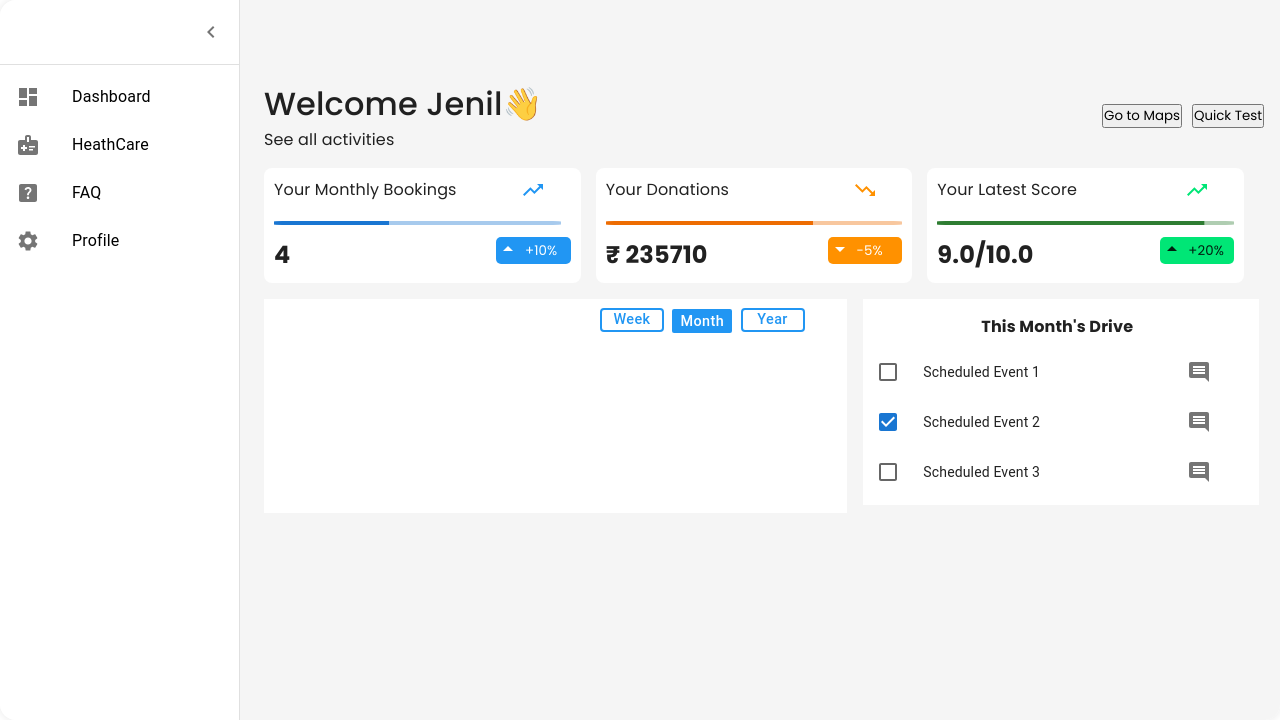
Repository: shubhampirate/Google_Solutions_Edural
Page: /dashboard
The author's editor kept a copy of each file at every save. The page is drawn from the files as they stood at one save, then again after the next save.
The browser window is 1280 px wide. The pictures show the whole page.
The page's requests for data from a server got no answer. The project was rebuilt for these pictures with package versions that can differ from the ones it lists, and the page was loaded fresh each time. Some packages were replaced by stand-ins written for this rebuild. No one was signed in, and anything a server would have sent is missing. Also part of the build but not shown: src/Components/CustomButton.jsx, src/Components/Navbar.jsx, src/Components/Footer.jsx, src/Components/CongratsCard.jsx, src/pages/Hero/Hero.jsx, src/pages/Sign_in.jsx.

Above is the page before, as saved 2024-02-03 17:51:35.

### src/App.jsx
import Hero from "./pages/Hero/Hero";
import Dashboard from "./pages/Dashboard/Dashboard";
import SignIn from "./pages/Sign_in";
import {useState} from "react";
import { Route, Routes } from "react-router-dom";
function App() {
  return (
    <>
      {/* <Hero />   */}
      {/* <SignIn /> */}
      <Routes>
        <Route path="/signin" element={<><SignIn /></>} />
        <Route path="/dashboard" element={<><Dashboard /></>} />
        {/* <Route path="/education" element={<><Education /></>} /> */}
        {/* <Route path="/health" element={<><Health /></>} /> */}
        {/* <Route path="/profile" element={<><Profile /></>} /> */}
        {/* <Route path="/finance" element={<><Finance /></>} /> */}
        {/* <Route path="/questions" element={<><Questions /></>} /> */}
        {/* <Route path="/retireaibot" element={<><Bot /></>} /> */}
        <Route path="/" element={<><Hero /></>} />
      </Routes>
         </>
  );
}

export default App;

### src/pages/Dashboard/Dashboard.jsx
import * as React from 'react';
import { styled, createTheme, ThemeProvider } from '@mui/material/styles';
import CssBaseline from '@mui/material/CssBaseline';
import MuiDrawer from '@mui/material/Drawer';
import Box from '@mui/material/Box';
import MuiAppBar from '@mui/material/AppBar';
import Toolbar from '@mui/material/Toolbar';
import {
  LinearProgress, ListItem, CircularProgress, Checkbox, ListItemText, Dialog, DialogActions, DialogContent,
  DialogContentText, DialogTitle, ListItemIcon, ListItemButton
} from '@mui/material';
import TrendingUpIcon from '@mui/icons-material/TrendingUp';
// import { PieChart } from '@mui/x-charts/PieChart';
// import { useDrawingArea } from '@mui/x-charts/hooks';
import TrendingDownIcon from '@mui/icons-material/TrendingDown';
import List from '@mui/material/List';
import Divider from '@mui/material/Divider';
import IconButton from '@mui/material/IconButton';
import ArrowDropUpIcon from '@mui/icons-material/ArrowDropUp';
import ArrowDropDownIcon from '@mui/icons-material/ArrowDropDown';
import Grid from '@mui/material/Grid';
import MenuIcon from '@mui/icons-material/Menu';
import ChevronLeftIcon from '@mui/icons-material/ChevronLeft';
import { mainListItems } from '../../Components/listItems';
import axios from 'axios';
import Button from '@mui/material/Button';
import CommentIcon from '@mui/icons-material/Comment';
import Swal from 'sweetalert2';
import { useState } from 'react';
import { useEffect } from 'react';
// import { Bar } from "react-chartjs-2";
// import { BarElement, CategoryScale, Chart as ChartJS, Legend, LinearScale, Title, Tooltip } from "chart.js";
// import GoogleTranslateComponent from '../../Components/GoogleTranslateComponent';
// import csacc from "../../media/csacc.png"
// import creditscoremodel from "../../media/creditscoremodel.png"
// import creditflow from "../../media/creditflowchart.png"
// ChartJS.register(CategoryScale, LinearScale, BarElement, Title, Tooltip, Legend);

const drawerWidth = 240;

const AppBar = styled(MuiAppBar, {
  shouldForwardProp: (prop) => prop !== 'open',
})(({ theme, open }) => ({
  zIndex: theme.zIndex.drawer + 1,
  transition: theme.transitions.create(['width', 'margin'], {
    easing: theme.transitions.easing.sharp,
    duration: theme.transitions.duration.leavingScreen,
  }),
  ...(open && {
    marginLeft: drawerWidth,
    width: `calc(100% - ${drawerWidth}px)`,
    transition: theme.transitions.create(['width', 'margin'], {
      easing: theme.transitions.easing.sharp,
      duration: theme.transitions.duration.enteringScreen,
    }),
  }),
}));

const Drawer = styled(MuiDrawer, { shouldForwardProp: (prop) => prop !== 'open' })(
  ({ theme, open }) => ({
    '& .MuiDrawer-paper': {
      position: 'relative',
      whiteSpace: 'nowrap',
      width: drawerWidth,
      transition: theme.transitions.create('width', {
        easing: theme.transitions.easing.sharp,
        duration: theme.transitions.duration.enteringScreen,
      }),
      boxSizing: 'border-box',
      ...(!open && {
        overflowX: 'hidden',
        transition: theme.transitions.create('width', {
          easing: theme.transitions.easing.sharp,
          duration: theme.transitions.duration.leavingScreen,
        }),
        width: theme.spacing(7),
        [theme.breakpoints.up('sm')]: {
          width: theme.spacing(9),
        },
      }),
    },
  }),
);

var currentDate = new Date();

var months = [
  "January", "February", "March", "April", "May", "June",
  "July", "August", "September", "October", "November", "December"
];

var formattedDate = months[currentDate.getMonth()] + " " + currentDate.getDate() + ", " + currentDate.getFullYear();

const defaultTheme = createTheme();

export default function Dashboard() {
  const [open, setOpen] = React.useState(true);
  const toggleDrawer = () => {
    setOpen(!open);
  };

  const [expensedata, setExpensedata] = useState([])

  useEffect(() => {
    loadList();
  }, []);


  const loadList = async () => {
    const result = await axios.get(`https://wixstocle.pythonanywhere.com/api/expense/`, {
      headers: { "Authorization": `Token 11c868750d92deda81638c5a9a59177bdc7ae41a` },
    });
    console.log(result.data.data);
    setExpensedata(result.data.data);
  }

  const getLabels = () => expensedata.slice(-5).map(data => data.date);

  const getData = (key) => expensedata.slice(-5).map(data => data[key]);

  const optionsexpense = {
    indexAxis: 'x',
    elements: {
      bar: {
        borderWidth: 0,
      },
    },
    responsive: true,
    interaction: {
      mode: 'index',
      intersect: false,
    },
    scales: {
      x: {
        stacked: false,
      },
      y: {
        stacked: false,
      },
    },
    plugins: {
      legend: {
        position: 'top',
      }
    },
  };

  const dataexpense = {
    labels: getLabels(),
    datasets: [
      {
        label: 'Revenue',
        data: getData('income'),
        backgroundColor: '#2196f3',
      },
      {
        label: 'Spendings',
        data: getData('expense'),
        backgroundColor: '#ff9100',
      },
      {
        label: 'Savings',
        data: getData('savings'),
        backgroundColor: '#00e676',
      },
    ],
  };

  const today = new Date();
  const year = today.getFullYear();
  const month = String(today.getMonth() + 1).padStart(2, '0'); // Months are zero-based
  const day = String(today.getDate()).padStart(2, '0');

  const todayDate = `${year}-${month}-${day}`;

  const [userData, setUserData] = React.useState({
    income: '',
    savings: '',
    expense: '',
    date: todayDate,
    user: "tony@gmail.com"
  });

  const handleChangePlan = (field, value) => {
    setUserData((prevData) => ({ ...prevData, [field]: value }));
  };
  const creditscore = 87.4;

  const handlePostData = () => {
    console.log(userData);
    fetch(`https://wixstocle.pythonanywhere.com/api/expense/`, {
      method: 'POST',
      headers: {
        "Authorization": `Token 11c868750d92deda81638c5a9a59177bdc7ae41a`,
        'Content-Type': 'application/json',
      },
      body: JSON.stringify(userData),
    })
      .then((response) => response.json())
      .then((data) => {
        // console.log(data);
        if (data.status == true) {
          Swal.fire({
            icon: 'success',
            title: 'Successfully Saved the details',
            showConfirmButton: false,
            timer: 3000
          })
          setExpensedata([...expensedata, userData]);
        }
        else {
          Swal.fire({
            icon: 'error',
            title: data.message,
            showConfirmButton: false,
            timer: 3000
          })
        }
      });
  };


//   function PieCenterLabel({ children }) {
//     const { width, height, left, top } = useDrawingArea();
//     return (
//       <StyledText x={left + width / 2} y={top + height / 2}>
//         {children}
//       </StyledText>
//     );
//   }

  const [checked, setChecked] = React.useState([1]);

  const handleToggle = (value) => () => {
    const currentIndex = checked.indexOf(value);
    const newChecked = [...checked];

    if (currentIndex === -1) {
      newChecked.push(value);
    } else {
      newChecked.splice(currentIndex, 1);
    }

    setChecked(newChecked);
  };
  return (
    <ThemeProvider theme={defaultTheme}>
      <Box sx={{ display: 'flex', borderRadius: '16px', overflow: 'hidden', boxShadow: '0px 0px 10px rgba(0, 0, 0, 0.1)' }} >
        <CssBaseline />
        <AppBar position="absolute" open={open} sx={{ backgroundColor: "whitesmoke", boxShadow: 'none' }}>
          <Toolbar
            sx={{
              pr: '24px', // keep right padding when drawer closed
              display: 'flex',
              alignItems: 'center',
              justifyContent: 'space-between',
            }}>
            <Box sx={{ display: 'flex', alignItems: 'center' }}>
              <IconButton
                edge="start"
                aria-label="open drawer"
                onClick={toggleDrawer}
                sx={{
                  marginRight: '36px',
                  ...(open && { display: 'none' }),
                  backgroundColor: "#fff"
                }}>
                <MenuIcon />
              </IconButton>
            </Box>
          </Toolbar>
        </AppBar>
        <Drawer variant="permanent" open={open}>
          <Toolbar
            sx={{
              display: 'flex',
              alignItems: 'center',
              justifyContent: 'flex-end',
              px: [1],
            }}
          >
            {/* <GoogleTranslateComponent /> */}
            <IconButton onClick={toggleDrawer}>
              <ChevronLeftIcon />
            </IconButton>
          </Toolbar>
          <Divider />
          <List component="nav">
            {mainListItems}
          </List>
        </Drawer>
        <Box
          component="main"
          sx={{
            backgroundColor: (theme) =>
              theme.palette.mode === 'light'
                ? theme.palette.grey[100]
                : theme.palette.grey[900],
            flexGrow: 1,
            height: '100vh',
            overflow: 'auto',
          }}>
          <Toolbar />
          <div>
      <Grid container spacing={2} marginTop="0.02rem" paddingLeft={3} paddingRight={2}>
        <Grid item xs={6}>
          <div style={{ fontSize: '2rem', fontWeight: '500' }}>Welcome Jenil👋</div>
          <div>See all activities</div>
        </Grid>
        <Grid item xs={6} display="flex" justifyContent="flex-end" alignItems="center">
          <button style={{ /* Add your button styles */ }}>Go to Maps</button>
          <button style={{ marginLeft: '10px' /* Add your button styles */ }}>Quick Test</button>
        </Grid>
      </Grid>
    </div>

          <Grid container spacing={2} marginTop="1rem" paddingLeft={5} paddingRight={2}>
            <Grid item xs={12} md={3.8} style={{ backgroundColor: "white", padding: "10px", marginRight: "15px", borderRadius: "0.5rem" }}>
              <Grid item xs={12}>
                <Grid container>
                  <Grid item xs={10}><div>Your Monthly Bookings</div></Grid>
                  <Grid item xs={2}><TrendingUpIcon sx={{ color: "#2196f3" }} /></Grid>
                </Grid>
                <Grid item xs={12}>
                  <LinearProgress variant="determinate" value={40} sx={{ color: "#2196f3", borderRadius: "10%", margin: "12px 10px 12px 0px" }} />
                </Grid>
                <Grid item xs={12}>
                  <Grid container>
                    <Grid item xs={9}>
                       <div style={{ fontSize: "1.5rem", fontWeight: "550" }}> 4</div>
                    </Grid>
                    <Grid item xs={3} style={{ backgroundColor: "#2196f3", color: "white", borderRadius: "5px", height: "1.65rem" }}>
                      <ArrowDropUpIcon /> <sup>+10%</sup>
                    </Grid>
                  </Grid>
                </Grid>
              </Grid>
            </Grid>
            <Grid item xs={12} md={3.8} style={{ backgroundColor: "white", padding: "10px", marginRight: "15px", borderRadius: "0.5rem" }}>
              <Grid item xs={12}>
                <Grid container>
                  <Grid item xs={10}><div>Your Donations</div></Grid>
                  <Grid item xs={2}><TrendingDownIcon sx={{ color: "#ff9100" }} /></Grid>
                </Grid>
                <Grid item xs={12}>
                  <LinearProgress variant="determinate" value={70} color='warning' sx={{ borderRadius: "10%", margin: "12px 0px" }} />
                </Grid>
                <Grid item xs={12}>
                  <Grid container>
                    <Grid item xs={9}>
                   <div style={{ fontSize: "1.5rem", fontWeight: "550" }}>₹ 235710</div>
                    </Grid>
                    <Grid item xs={3} style={{ backgroundColor: "#ff9100", color: "white", borderRadius: "5px", height: "1.65rem" }}>
                      <ArrowDropDownIcon /> <sup>-5%</sup>
                    </Grid>
                  </Grid>
                </Grid>
              </Grid>
            </Grid>
            <Grid item xs={12} md={3.8} style={{ backgroundColor: "white", padding: "10px", marginRight: "15px", borderRadius: "0.5rem" }}>
              <Grid item xs={12}>
                <Grid container>
                  <Grid item xs={10}><div>Your Latest Score</div></Grid>
                  <Grid item xs={2}><TrendingUpIcon sx={{ color: "#00e676" }} /></Grid>
                </Grid>
                <Grid item xs={12}>
                  <LinearProgress variant="determinate" value={90} color="success" style={{ borderRadius: "10%", margin: "12px 0px" }} />
                </Grid>
                <Grid item xs={12}>
                  <Grid container>
                    <Grid item xs={9}>
 <div style={{ fontSize: "1.5rem", fontWeight: "550" }}> 9.0/10.0</div>
                    </Grid>
                    <Grid item xs={3} style={{ backgroundColor: "#00e676", borderRadius: "5px", height: "1.65rem" }}>
                      <ArrowDropUpIcon /> <sup>+20%</sup>
                    </Grid>
                  </Grid>
                </Grid>
              </Grid>
            </Grid>
            {/* <Grid item xs={12} md={2.5} style={{ backgroundColor: "white", padding: "10px", borderRadius: "0.5rem" }}> */}
              {/* <Grid container spacing={2}> */}
                {/* <Grid item xs={12}>Today's Savings Deal</Grid> */}
                {/* <Grid item xs={12}>
                  <LinearProgress variant="determinate" value={0} color='secondary' sx={{ borderRadius: "10%", margin: "3px 0px" }} />
                </Grid> */}
                {/* <Grid item xs={12} sx={{ fontWeight: "550", marginTop: "-10px" }}>Buy Doctor Shoes from Amazon and save over <br />₹ 1500</Grid> */}
              {/* </Grid> */}
            {/* </Grid> */}
          </Grid>
          <Grid container spacing={2} marginTop="1rem" paddingLeft={5} paddingRight={2} marginBottom={2}>
            <Grid item xs={7} sx={{ backgroundColor: "white", padding: "5px", marginRight: "1rem" }}>
              <Grid container spacing={2} padding={1}>
                <Grid xs={7}></Grid>
                <Grid xs={1.5}><Button style={{
                  borderColor: "#2196f3", color: "#2196f3", height: "1.5rem", textTransform: "capitalize",
                  fontSize: "0.9rem", border: "2px solid", textAlign: "left"
                }}>Week</Button></Grid>
                <Grid xs={1.5}><Button style={{
                  backgroundColor: "#2196f3", color: "white", height: "1.75rem", textTransform: "capitalize",
                  fontSize: "0.9rem", border: "2px solid", textAlign: "left"
                }}>Month</Button></Grid>
                <Grid xs={1}><Button style={{
                  borderColor: "#2196f3", color: "#2196f3", height: "1.5rem", textTransform: "capitalize",
                  fontSize: "0.9rem", border: "2px solid", textAlign: "left"
                }}>Year</Button></Grid>
                <Grid xs={12} marginTop={2}>
                  {/* <Bar options={optionsexpense} data={dataexpense} /> */}
                </Grid>
              </Grid>
            </Grid>
            <Grid item xs={4.75} >
              <Grid container spacing={2} >

                <Grid item xs={12}>
                  <Grid container spacing={2} sx={{ backgroundColor: "white", marginBottom: "0.5rem" }}>
                    <Grid item xs={12} style={{ textAlign: "center", marginLeft: "-0.75rem", fontWeight: "600" }}>This Month's Drive</Grid>
                    <List sx={{ width: '100%', maxWidth: 360, bgcolor: 'background.paper' }}>
                      {[0, 1, 2].map((value) => {
                        const labelId = `checkbox-list-label-${value}`;
                        return (
                          <ListItem
                            key={value}
                            secondaryAction={
                              <IconButton edge="end" aria-label="comments">
                                <CommentIcon />
                              </IconButton>
                            }
                            disablePadding
                          >
                            <ListItemButton role={undefined} onClick={handleToggle(value)} dense>
                              <ListItemIcon>
                                <Checkbox
                                  edge="start"
                                  checked={checked.indexOf(value) !== -1}
                                  tabIndex={-1}
                                  disableRipple
                                  inputProps={{ 'aria-labelledby': labelId }}
                                />
                              </ListItemIcon>
                              <ListItemText id={labelId} style={{ marginLeft: "-0.75rem" }} primary={`Scheduled Event ${value + 1}`} />
                            </ListItemButton>
                          </ListItem>
                        );
                      })}
                    </List>
                  </Grid>
                </Grid>
              </Grid>
            </Grid>
          </Grid>

        </Box>
      </Box >
    </ThemeProvider >
  );
}

Loaded but not shown: public/index.html (common file); src/index.css (common file); src/index.js (18 lines, source omitted); src/Components/listItems.jsx (103 lines, source omitted)

After the next save:
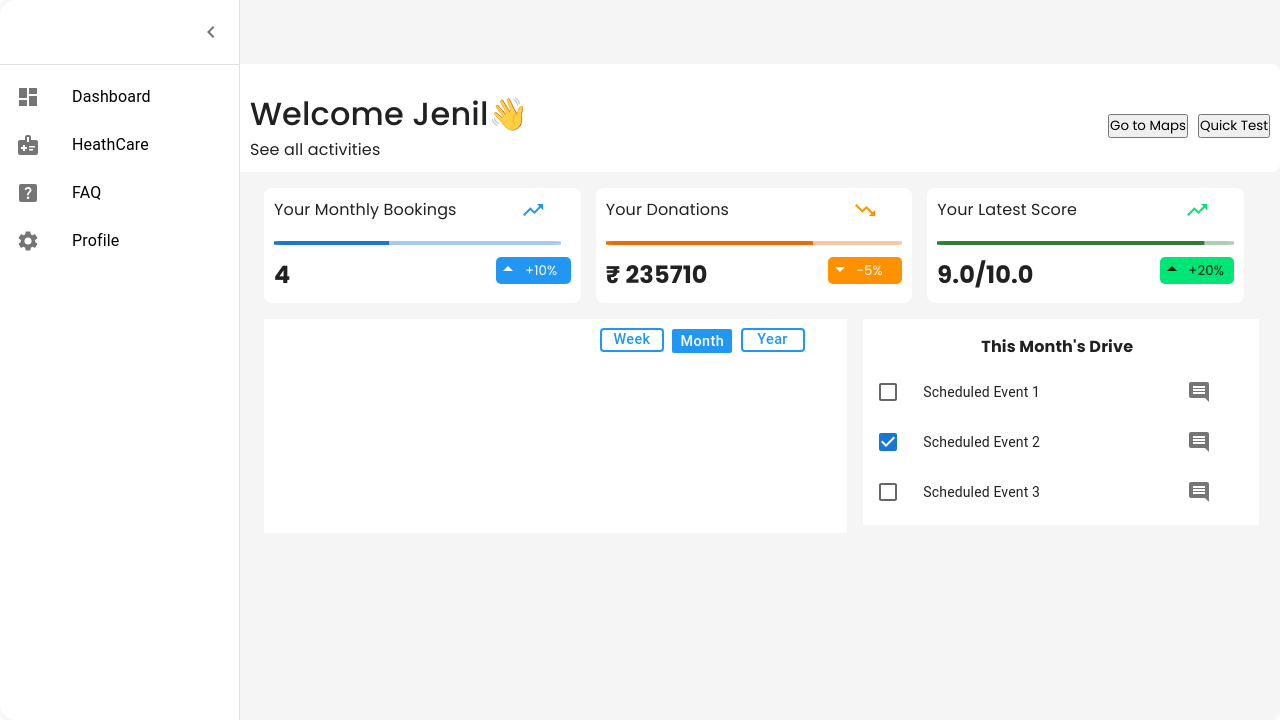
Saved 60 s later.
--- a/src/pages/Dashboard/Dashboard.jsx
+++ b/src/pages/Dashboard/Dashboard.jsx
@@ -302,7 +302,7 @@
           }}>
           <Toolbar />
           <div>
-      <Grid container spacing={2} marginTop="0.02rem" paddingLeft={3} paddingRight={2}>
+          <Grid container spacing={2} marginTop="0.02rem" paddingLeft={3} paddingRight={2} style={{ backgroundColor: 'white', padding: '10px', borderRadius: '0.5rem' }}>
         <Grid item xs={6}>
           <div style={{ fontSize: '2rem', fontWeight: '500' }}>Welcome Jenil👋</div>
           <div>See all activities</div>

After the 2 saves that followed:
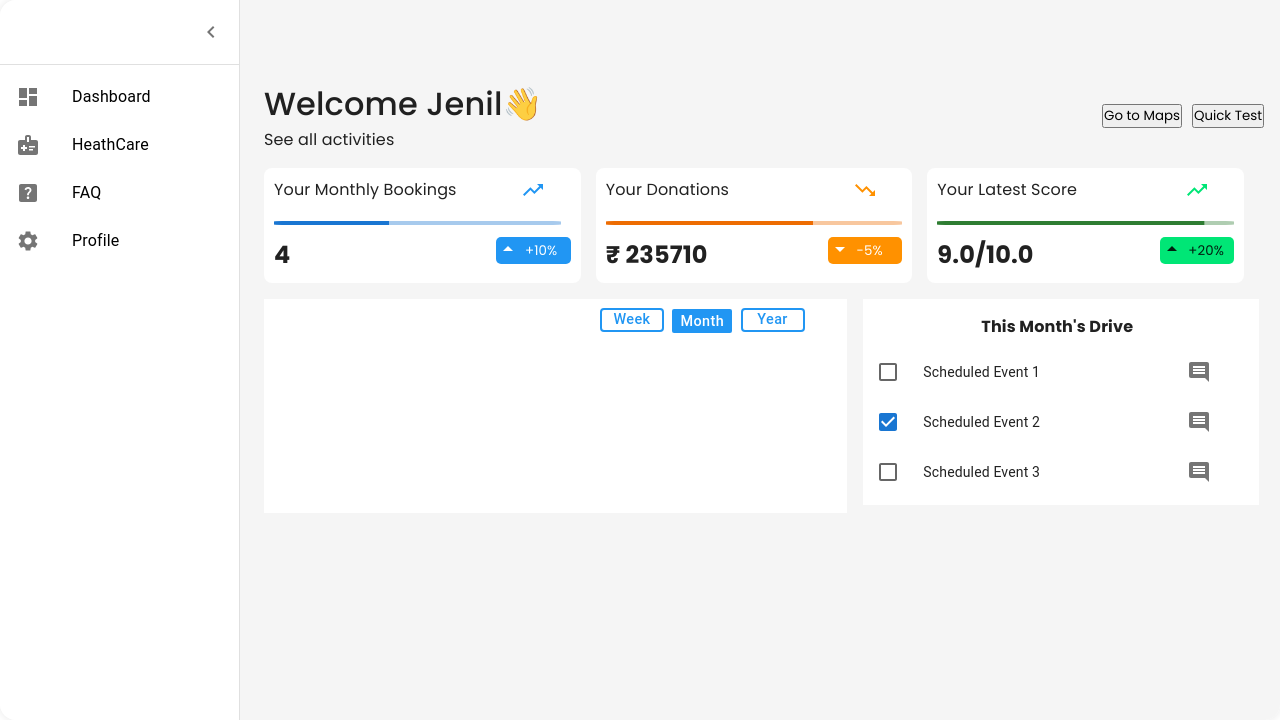
The 2 saves are shown as one change because 1 left the picture as it was.
The last was saved 21 s later.
--- a/src/pages/Dashboard/Dashboard.jsx
+++ b/src/pages/Dashboard/Dashboard.jsx
@@ -302,7 +302,7 @@
           }}>
           <Toolbar />
           <div>
-          <Grid container spacing={2} marginTop="0.02rem" paddingLeft={3} paddingRight={2} style={{ backgroundColor: 'white', padding: '10px', borderRadius: '0.5rem' }}>
+      <Grid container spacing={2} marginTop="0.02rem" paddingLeft={3} paddingRight={2}>
         <Grid item xs={6}>
           <div style={{ fontSize: '2rem', fontWeight: '500' }}>Welcome Jenil👋</div>
           <div>See all activities</div>
